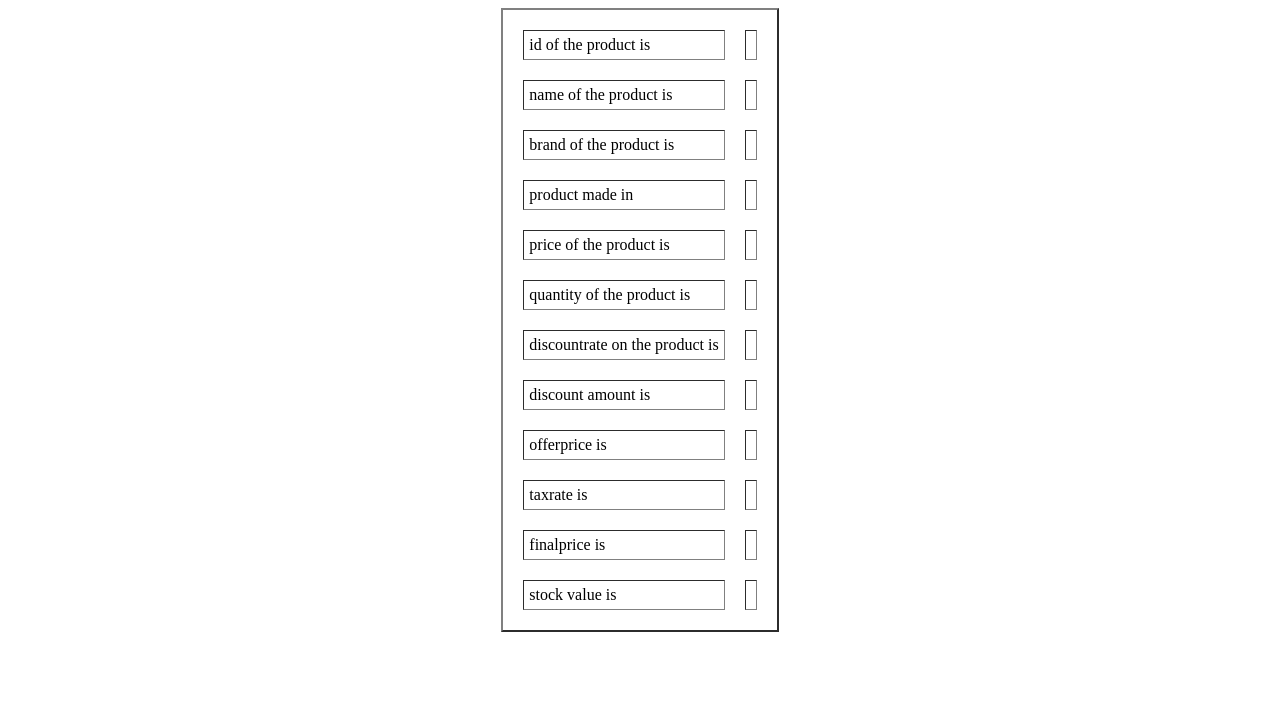
Repository: saikrishna123143/springboot
Page: http://localhost/success
An editor plug-in stored every save of this project. The page is shown before and after the next save, followed by the edit.
The browser window is 1280 px wide. The pictures show the whole page.
The page is this project's Thymeleaf template; nobody is signed in. The template is opened directly, without the code that normally fills it, so the values that code supplies are empty.

Above is the page before, as saved 2024-12-18 16:56:46.

After the next save:
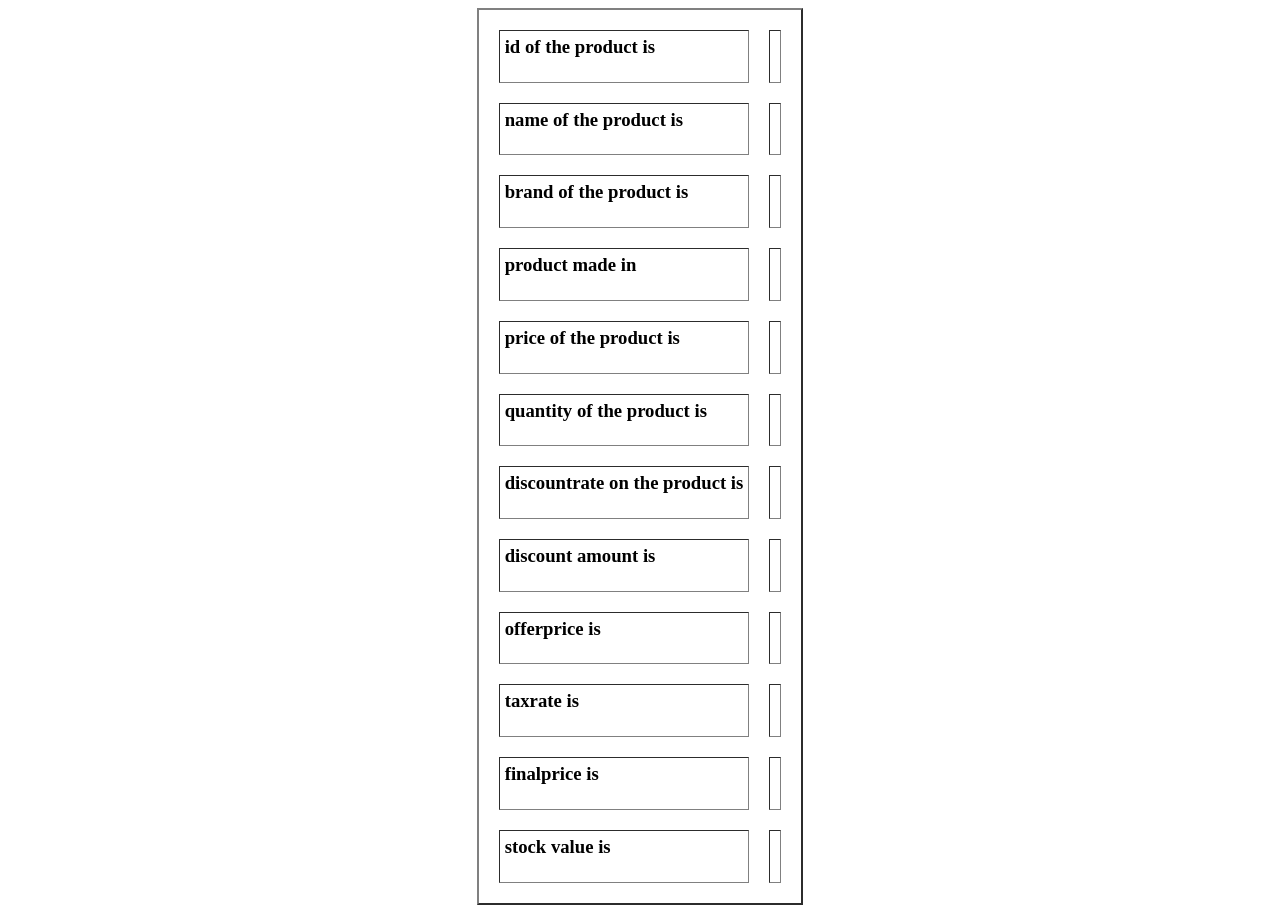
Saved 2 min 9 s later.
--- a/springbootmvc/src/main/resources/templates/success.html
+++ b/springbootmvc/src/main/resources/templates/success.html
@@ -9,7 +9,7 @@
 		<table cellspacing="20px"cellpadding="5px"border="2px">
 		<tr>
 		<td>
-	<p>id of the product is </p>
+	<h3>id of the product is </h3>
 	</td>
 	<td>
 	<p th:text="${users.id}"></p>
@@ -17,7 +17,7 @@
 	</tr>
 	<tr>
 	<td>
-	<p>name of the product is </p>
+	<h3>name of the product is </h3>
 	</td>
 	<td>
 	<p th:text="${users.name}"></p>
@@ -25,7 +25,7 @@
 	</tr>
 	<tr>
 	<td>
-	<p>brand of the product is </p>
+	<h3>brand of the product is </h3>
 	</td>
 	<td>
 	<p th:text="${users.brand}"></p>
@@ -33,7 +33,7 @@
 	</tr>
 	<tr>
 	<td>
-	<p>product made in</p>
+	<h3>product made in</h3>
 	</td>
 	<td>
 	<p th:text="${users.madein}"></p>
@@ -41,7 +41,7 @@
 	</tr>
 	<tr>
 	<td>
-	<p>price of the product is </p>
+	<h3>price of the product is </h3>
 	</td>
 	<td>
 	<p th:text="${users.price}"></p>
@@ -49,7 +49,7 @@
 	</tr>
 	<tr>
 	<td>
-	<p>quantity of the product is </p>
+	<h3>quantity of the product is </h3>
    </td>
    <td>
 	<p th:text="${users.quantity}"></p>
@@ -57,7 +57,7 @@
 	</tr>
 	<tr>
 	<td>
-	<p>discountrate on the product is </p>
+	<h3>discountrate on the product is </h3>
 	</td>
 	<td>
 	<p th:text="${users.discountrate}"></p>
@@ -65,7 +65,7 @@
 	</tr>
 	<tr>
 	<td>
-	<p>discount amount is</p>
+	<h3>discount amount is</h3>
 	</td>
 	<td>
 	<p th:text="${users.discountamount}"></p>
@@ -73,7 +73,7 @@
 	</tr>
 	<tr>
 	<td>
-	<p>offerprice is </p>
+	<h3>offerprice is </h3>
 	</td>
 	<td>
 	<p th:text="${users.offerprice}"></p>
@@ -81,7 +81,7 @@
 	</tr>
 	<tr>
 	<td>
-	<p>taxrate is </p>
+	<h3>taxrate is </h3>
 	</td>
 	<td>
 	<p th:text="${users.taxrate}"></p>
@@ -89,7 +89,7 @@
 	</tr>
 	<tr>
 	<td>
-	<p>finalprice is </p>
+	<h3>finalprice is </h3>
 	</td>
 	<td>
 	<p th:text="${users.finalprice}"></p>
@@ -97,7 +97,7 @@
 	</tr>
 	<tr>
 	<td>
-	<p>stock value is </p>
+	<h3>stock value is </h3>
 	</td>
 	<td>
 	<p th:text="${users.stockvalue}"></p>
